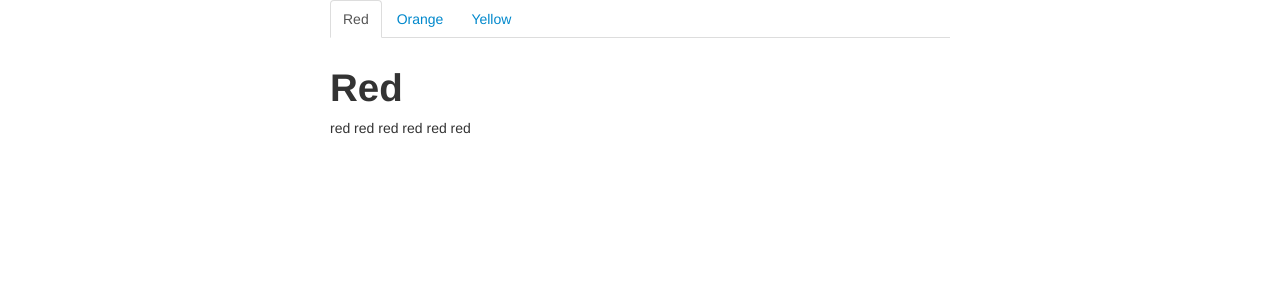
Repository: inventowiz/FriendTrack
Page: FriendshipTracker/main.html
These files come from the project's save history. The page is drawn as it stood at one moment and after the next save; the edit follows.
The browser window is 1280 px wide. The pictures show the whole page.
Some web libraries are served in a nearby version.

Above is the page before, as saved 2013-09-21 16:02:56.

### FriendshipTracker/main.html
<!DOCTYPE HTML>
<HTML lang="en">
<head>
<!-- Le styles -->
<link href="css/bootstrap.css" rel="stylesheet">
<script type="text/javascript" src="http://ajax.googleapis.com/ajax/libs/jquery/1.7/jquery.js"></script>
</head>

<body>

<div class="container">

<!-------->
<div id="content">
	<div class="row-fluid">
		<div class="span8 offset2">
    <ul id="tabs" class="nav nav-tabs" data-tabs="tabs">
        <li class="active"><a href="#friends" data-toggle="tab">Red</a></li>
        <li><a href="#events" data-toggle="tab">Orange</a></li>
        <li><a href="#settings" data-toggle="tab">Yellow</a></li>
    </ul>
    <div id="my-tab-content" class="tab-content">
        <div class="tab-pane active" id="friends">
            <h1>Red</h1>
            <p>red red red red red red</p>
        </div>
        <div class="tab-pane" id="events">
            <h1>Orange</h1>
            <p>orange orange orange orange orange</p>
        </div>
        <div class="tab-pane" id="settings">
            <h1>Yellow</h1>
            <p>yellow yellow yellow yellow yellow</p>
        </div>
    </div>
    </div>
    </div>
</div>


<script type="text/javascript">
    jQuery(document).ready(function ($) {
        $('#tabs').tab();
    });
</script>
</div> <!-- container -->


<script type="text/javascript" src="js/bootstrap.js"></script>

</body>
</HTML>

Loaded but not shown: FriendshipTracker/css/bootstrap.css (library); FriendshipTracker/js/bootstrap.js (library)

After the next save:
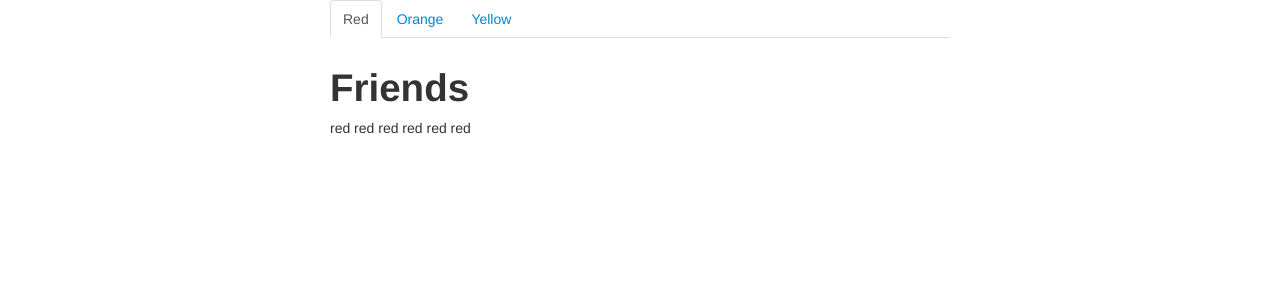
Saved 13 s later.
--- a/FriendshipTracker/main.html
+++ b/FriendshipTracker/main.html
@@ -21,15 +21,15 @@
     </ul>
     <div id="my-tab-content" class="tab-content">
         <div class="tab-pane active" id="friends">
-            <h1>Red</h1>
+            <h1>Friends</h1>
             <p>red red red red red red</p>
         </div>
         <div class="tab-pane" id="events">
-            <h1>Orange</h1>
+            <h1>Events</h1>
             <p>orange orange orange orange orange</p>
         </div>
         <div class="tab-pane" id="settings">
-            <h1>Yellow</h1>
+            <h1>Settings</h1>
             <p>yellow yellow yellow yellow yellow</p>
         </div>
     </div>
